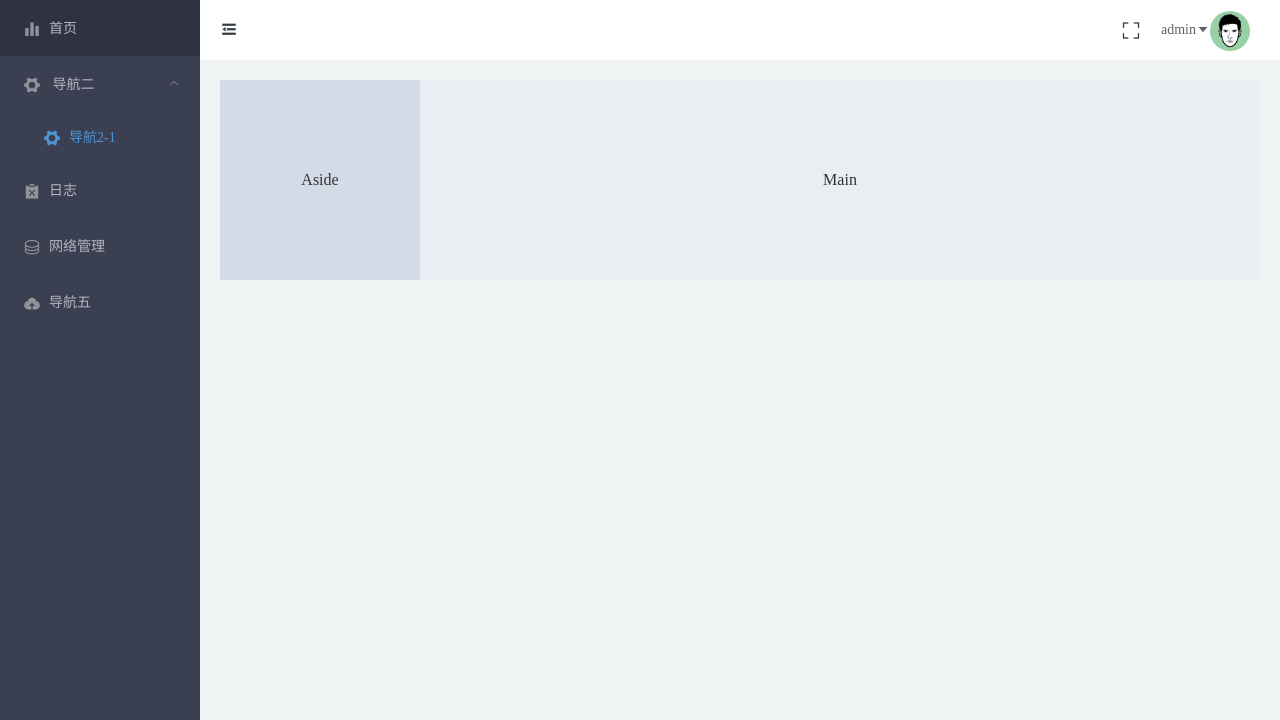
Repository: TomGodb/dazoo-admin
Page: /#/dashbord/aaa
The author's editor kept a copy of each file at every save. The page is drawn from the files as they stood at one save, then again after the next save.
The browser window is 1280 px wide. The pictures show the whole page.
The project was rebuilt for these pictures with package versions that can differ from the ones it lists, and the page was loaded fresh each time. Also part of the build but not shown: vue.config.js, src/components/SlideVerify/index.vue, src/utils/request.js, src/views/login/http.js, src/views/login/index.vue.

Above is the page before, as saved 2021-01-23 10:32:37.

After the next save:
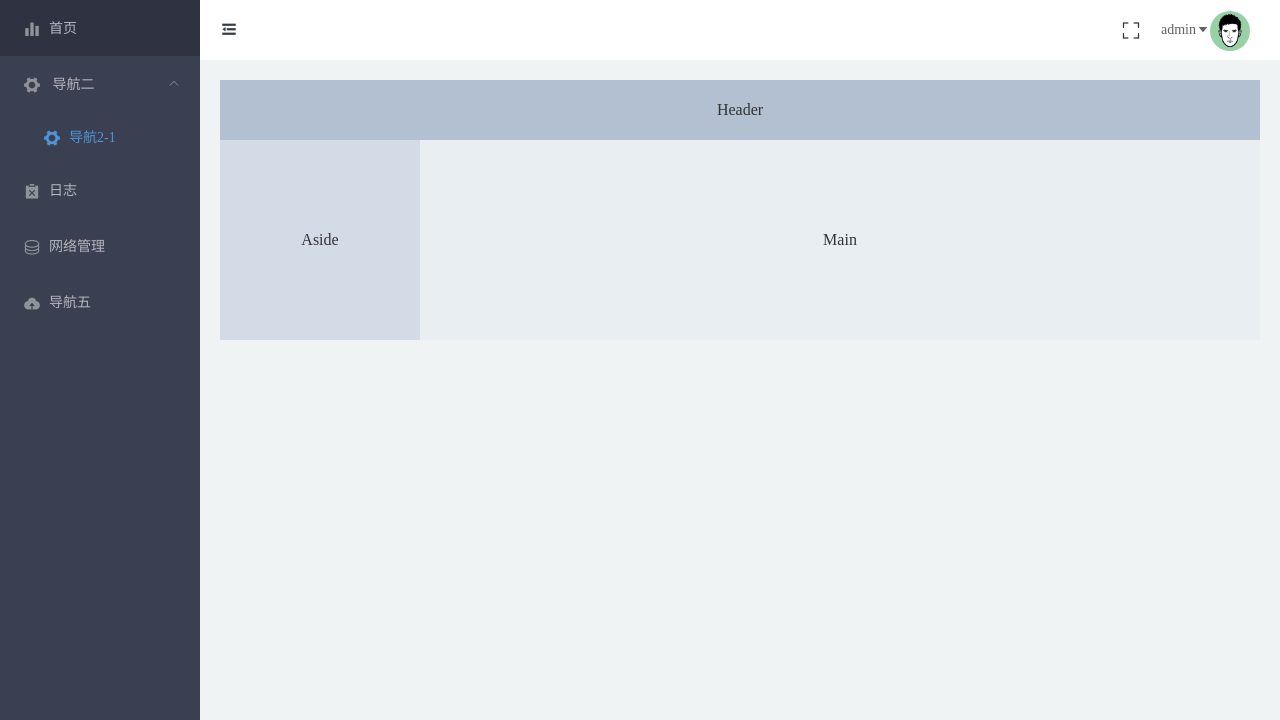
Saved 11 s later.
--- a/src/views/aaa/index.vue
+++ b/src/views/aaa/index.vue
@@ -1,8 +1,11 @@
 <template>
 <div>
     <el-container>
-  <el-aside width="200px">Aside</el-aside>
-  <el-main>Main</el-main>
+  <el-header>Header</el-header>
+  <el-container>
+    <el-aside width="200px">Aside</el-aside>
+    <el-main>Main</el-main>
+  </el-container>
 </el-container>
 </div>
 </template>
